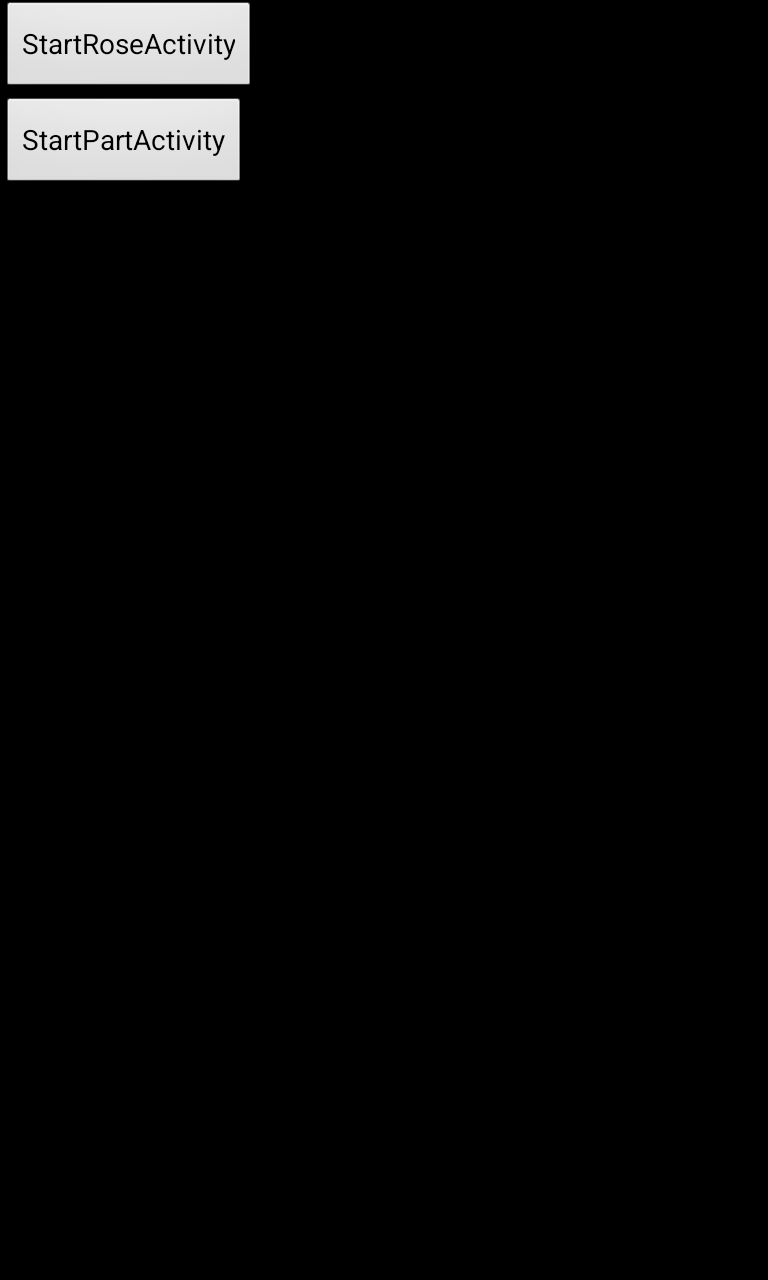
Repository: pure2004/test1
Layout: ActivityCourseAPI10/res/layout/layout_lifecyccleactivity.xml
These files come from the project's save history. The layout is drawn as it stood at one moment and after the next save; the edit follows.
It is drawn on a 768 x 1280 px phone screen (xhdpi) without system bars, with theme android:Theme; the app's code is not run.

Above is the layout before, as saved 2016-02-06 15:29:40.

### ActivityCourseAPI10/res/layout/layout_lifecyccleactivity.xml
<?xml version="1.0" encoding="utf-8"?>
<LinearLayout xmlns:android="http://schemas.android.com/apk/res/android"
    android:layout_width="match_parent"
    android:layout_height="match_parent"
    android:orientation="vertical" >

    <Button
        android:id="@+id/buttonStartRoseActivity"
        android:layout_width="wrap_content"
        android:layout_height="wrap_content"
        android:text="StartRoseActivity" />
	<Button
        android:id="@+id/buttonStartPartActivity"
        android:layout_width="wrap_content"
        android:layout_height="wrap_content"
        android:text="StartPartActivity" />
</LinearLayout>

After the next save:
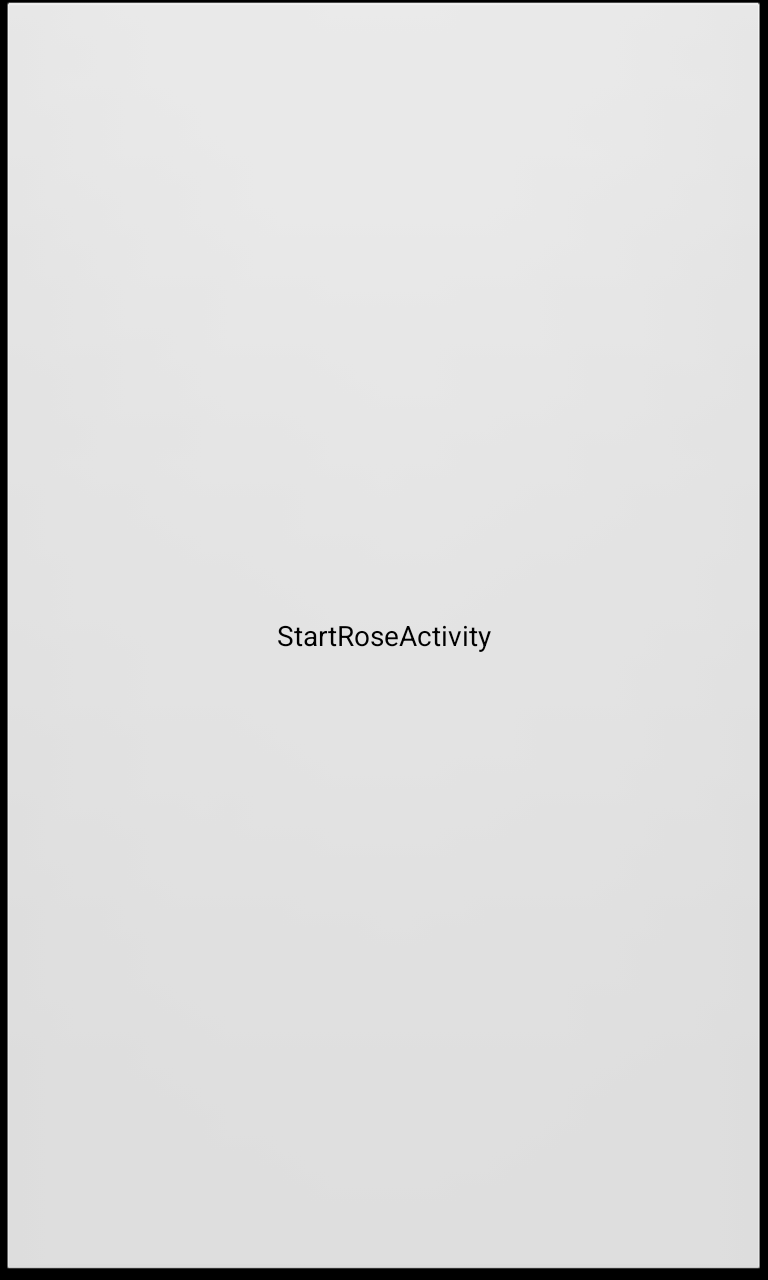
Saved 38 h 48 min later.
--- a/ActivityCourseAPI10/res/layout/layout_lifecyccleactivity.xml
+++ b/ActivityCourseAPI10/res/layout/layout_lifecyccleactivity.xml
@@ -6,12 +6,20 @@
 
     <Button
         android:id="@+id/buttonStartRoseActivity"
-        android:layout_width="wrap_content"
-        android:layout_height="wrap_content"
+        android:layout_width="match_parent"
+        android:layout_height="match_parent"
         android:text="StartRoseActivity" />
 	<Button
         android:id="@+id/buttonStartPartActivity"
-        android:layout_width="wrap_content"
-        android:layout_height="wrap_content"
+        android:layout_width="match_parent"
+        android:layout_height="match_parent"
         android:text="StartPartActivity" />
+
+	<Button
+	    android:id="@+id/buttonDialog"
+	    style="?android:attr/buttonStyleSmall"
+	    android:layout_width="match_parent"
+	    android:layout_height="match_parent"
+	    android:text="Dialog" />
+
 </LinearLayout>
